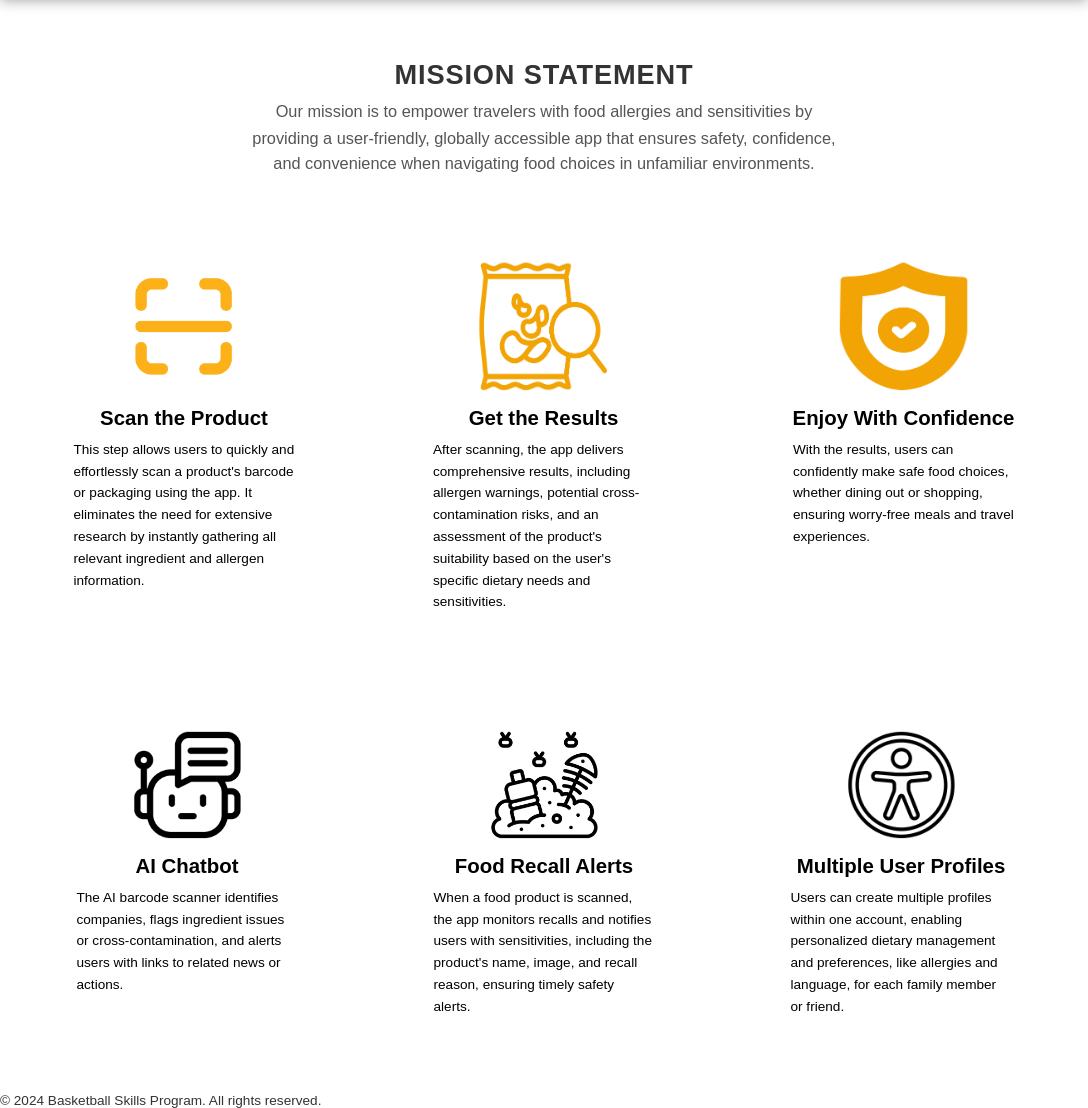
Repository: GavinPahal/landingpage
Page: /
These files come from the project's save history. The page is drawn as it stood at one moment and after the next save; the edit follows.
The browser window is 1280 px wide. The pictures show the part of the page from y = 720 to 2024 px (the page is 2024 px tall), at 85% of full size.
The project was rebuilt for these pictures with package versions that can differ from the ones it lists, and the page was loaded fresh each time. The framework's server and built-in components were replaced by stand-ins that run in the browser. Also part of the build but not shown: next.config.mjs.

Above is the page before, as saved 2024-11-28 17:58:58.

### pages/_app.js
// pages/_app.js
import "@/styles/globals.css"; // Import the global CSS file

function MyApp({ Component, pageProps }) {
  return <Component {...pageProps} />;
}

export default MyApp;

### pages/index.js
// pages/index.js
import Hero from "../components/Hero";
import Features from "../components/Features";
import Footer from "../components/Footer";
import Product from "../components/Product"

export default function Home() {
  return (
    <div>
      <Hero />
      <Features />
      <Product />
      <Footer />
    </div>
  );
}

### styles/globals.css
/* Global Styles */
* {
  margin: 0;
  padding: 0;
  box-sizing: border-box;
}

body {
  font-family: Arial, sans-serif;
  color: #333;
  overflow-x: hidden; /* Prevent horizontal overflow */
}

/* Hero Section */
.hero {
  display: flex; /* Use flexbox to align elements */
  position: relative;
  height: 100vh;
  width: 100%; /* Ensure the hero section spans the full width */
  background-color: #2d2d2d; /* Dark background to contrast with the image */
}

.imageWrapper {
  position: relative;
  width: 100%; /* Left side takes full width */
  height: 100%;
}

.imageContainer {
  position: absolute;
  top: 0;
  left: 0;
  width: 100%;
  height: 100%;
  filter: blur(8px); /* Add blur effect to the image */
  object-fit: cover;
}

.overlay {
  position: absolute;
  top: 0;
  left: 0;
  width: 100%;
  height: 100%;
  background: rgba(0, 0, 0, 0.6); /* Dark overlay to ensure text stands out */
  color: white;
  display: flex;
  flex-direction: column;
  justify-content: center;
  align-items: flex-start;
  padding: 60px 40px; /* Increased padding for more space */
  text-align: left;
}

.heroTitle {
  display: flex;
  align-items: center; /* Align logo and title horizontally */
  margin-bottom: 40px; /* Space between title and the rest of the content */
  position: relative; /* Allow positioning adjustments */
  top: -80px; /* Move the logo and title even higher */
}

.heroTitle img {
  margin-right: 20px; /* Add space between logo and title */
}

.heroTitle h1 {
  font-size: 2rem; /* Bigger font for app name */
  font-weight: bold;
  color: #ffffff; /* Bright color to stand out */
  text-transform: uppercase;
}

.tagline {
  font-size: 5rem; /* Make "BEST NATURE APP" 5rem */
  font-weight: bold;
  margin-bottom: 0; /* Remove extra space between the lines */
  color: #ffffff; /* Striking color */
  text-shadow: 3px 3px 5px rgba(0, 0, 0, 0.8); /* Enhanced text visibility */
  line-height: 1.1; /* Adjust line-height to decrease space between lines */
  letter-spacing: 1.5px;
  display: block;
  max-width: 100%; /* Ensure text doesn't overflow */
}

.bestNature {
  display: block;
  font-size: 3rem; /* Adjust to smaller font size for the first part */
}

.appEver {
  display: block;
  margin-top: 0;
  font-size: 3rem;
}

.subTagline {
  font-size: 1.2rem;
  margin-top: 20px;
  margin-bottom: 40px;
  line-height: 1.6;
  max-width: 650px;
  color: white;
  letter-spacing: 0.5px;
  text-align: left;
}

.demoText {
  display: block;
  font-size: 1.4rem;
  font-weight: bold;
}

.natureText {
  display: block;
  font-size: 1.2rem;
  margin-top: 10px;
  font-style: italic;
  letter-spacing: 0.3px;
}

/* CTA Button */
.ctaButton {
  background-color: #00C9A2;
  color: #ffffff;
  padding: 15px 40px;
  font-size: 1.4rem;
  border: none;
  border-radius: 50px;
  text-align: center;
  margin-top: 60px;
  cursor: pointer;
  transition: background-color 0.3s, transform 0.3s;
  text-decoration: none;
}

.ctaButton:hover {
  background-color: #035343;
}

.ctaButton:focus {
  outline: none;
}

.rightImageWrapper {
  position: absolute;
  left: 62%;
  bottom: 20px;
  width: 400px;
  height: auto;
  z-index: 2;
  margin-top: 100px;
}

.rightImageContainer {
  position: relative;
  width: 100%;
  height: 100%;
}

.rightImageContainer img {
  width: 100%;
  height: auto;
  border-radius: 8px;
  object-fit: cover;
}

.features {
  padding: 50px 20px;
  text-align: center;
}
.features h2 {
  font-size: 2.5rem;
  font-weight: bold;
  color: #ffffff;
  margin-bottom: 30px;
  text-transform: uppercase;
  letter-spacing: 1px;
}

.infoCards {
  display: flex;
  flex-wrap: wrap;
  justify-content: space-around;
  gap: 30px;
  margin-bottom: 40px;
}

.card {
  text-align: center;
  margin: 0 auto; /* Ensure cards are centered */
}

.card:first-child { /* Target the first feature card */
  max-width: 400px; /* Restrict width for a cleaner layout */
  margin: 20px auto; /* Center the card horizontally and add spacing */
}

.card:first-child p {
  text-align: left; /* Center-align the text for the first card */
  max-width: 280x; /* Ensure text does not overflow the card */
  margin: 0 auto;
}

.card img {
  margin-bottom: 15px;
}

.card h3 {
  font-size: 1.5rem;
  font-weight: 600;
  color: #000000;
  margin-bottom: 10px;
}

.card p {
  font-size: 1rem;
  line-height: 1.6;
  color: #000000;
  max-width: 260px;
  margin: 0 auto;
  text-align: left;
}

.text1 {
  font-size: 1rem;
  line-height: 1.6;
  color: #000000;
  max-width: 250px;
  margin: 0 auto;
  text-align: left;
}

.text2 {
  font-size: 1rem;
  line-height: 1.6;
  color: #000000;
  max-width: 250px;
  margin: 0 auto;
  text-align: left;
}

.missionStatement {
  text-align: center; /* Center the text */
  margin-bottom: 80px; /* Add some spacing below the mission statement */
  padding: 20px;
  border-radius: 8px; /* Rounded corners */
}

.missionStatement h2 {
  font-size: 2rem;
  font-weight: bold;
  color: #333;
  margin-bottom: 10px;
  font-weight: bold;
}

.missionStatement p {
  font-size: 1.2rem;
  line-height: 1.6;
  color: #555;
  max-width: 710px;
  margin: 0 auto;
}



@media (max-width: 1024px) {
  .hero {
    flex-direction: column; /* Stack elements vertically on smaller screens */
  }

  .overlay {
    padding: 40px 20px; /* Reduced padding for smaller screens */
    text-align: center; /* Center-align text on smaller screens */
  }

  .heroTitle {
    margin-bottom: 20px; /* Reduce space between the title and the tagline */
    top: 0; /* Reset top positioning for better alignment */
  }

  .tagline {
    font-size: 3rem; /* Decrease font size on smaller screens */
  }

  .bestNature, .appEver {
    font-size: 2.5rem; /* Smaller font size for better readability */
  }

  .subTagline {
    font-size: 1rem; /* Adjust subtagline font size for smaller screens */
    max-width: 100%; /* Allow full-width display */
    padding: 0 20px; /* Add padding to the sides */
  }

  .rightImageWrapper {
    left: 50%; /* Center the image on smaller screens */
    bottom: 10px;
    width: 300px; /* Reduce image size */
    margin-top: 60px;
  }
}

/* CTA Button Adjustments */
@media (max-width: 768px) {
  .ctaButton {
    padding: 12px 30px; /* Reduced padding for better proportion on small screens */
    font-size: 1.2rem; /* Smaller font size */
    width: 90%; /* Allow the button to take up more space on smaller screens */
    margin-top: 40px; /* Reduced top margin */
  }
}

/* Feature Section Adjustments */
@media (max-width: 768px) {
  .features {
    padding: 30px 20px; /* Reduce padding */
  }

  .features h2 {
    font-size: 2rem; /* Smaller font size for headings */
  }

  .infoCards {
    flex-direction: column; /* Stack cards vertically */
    align-items: center;
    gap: 20px; /* Reduced gap between cards */
  }

  .card {
    max-width: 90%; /* Ensure cards take full width on smaller screens */
    margin: 10px auto; /* Center the cards */
  }

  .card h3 {
    font-size: 1.2rem; /* Decrease font size */
  }

  .card p {
    font-size: 0.9rem; /* Smaller text for better readability */
  }
}

/* Final Adjustments */
@media (max-width: 480px) {
  .hero {
    height: auto; /* Allow the hero section to adjust to content */
  }

  .overlay {
    padding: 20px; /* Even smaller padding */
    text-align: center;
  }

  .tagline {
    font-size: 2.5rem; /* Further decrease tagline size */
  }

  .ctaButton {
    padding: 10px 20px; /* Smaller padding for mobile screens */
    font-size: 1rem; /* Reduce font size */
  }

  .features h2 {
    font-size: 1.6rem; /* Adjust feature section heading */
  }

  .card {
    max-width: 100%; /* Ensure the cards take full width */
  }

  .text1, .text2 {
    font-size: 0.9rem; /* Adjust text sizes for smaller screens */
  }
}

### components/Hero.js
import Image from "next/image";

export default function Hero() {
  return (
    <section className="hero">
      <div className="imageWrapper">
        <div className="imageContainer">
          <Image
            src="/images/grocey.jpg"
            alt="Nature Image"
            layout="fill"
            objectFit="cover"
          />
        </div>
        <div className="overlay">
          <div className="heroTitle">
            <Image
              src="/images/logo.webp"
              alt="Goldibite Logo"
              width={50}
              height={50}
            />
            <h1>Goldibite</h1>
          </div>
          <p className="tagline">
            <span className="bestNature">YOUR BUDDY FOR</span>
            <span className="appEver">FOOD SAFETY</span>
          </p>
          <p className="subTagline">
            <span className="demoText">Get a demo and try our new app.</span>
            <span className="natureText">
            The Right Bite, Every Time
            </span>
          </p>
          <a href="#demo" className="ctaButton">
            TRY DEMO
          </a>
        </div>
      </div>


      <div className="rightImageWrapper">
        <div className="rightImageContainer">
          <Image
            src="/images/phone.png"
            alt="New Image"
            layout="intrinsic"
            width={500}
            height={500}
          />
        </div>
      </div>
    </section>
  );
}

### components/Features.js
import Image from "next/image";

export default function Features() {
  return (
    <section className="features">
      {/* Mission Statement Section */}
      <div className="missionStatement">
        <h2>Mission Statement</h2>
        <p>
          Our mission is to empower travelers with food allergies and sensitivities by providing a user-friendly, globally accessible app that ensures safety, confidence, and convenience when navigating food choices in unfamiliar environments.
        </p>
      </div>

      {/* Features Cards Section */}
      <div className="infoCards">
        <div className="card" style={{ margin: "0 10px" }}>
          <Image
            src="/images/iconamoon_scanner (1).jpg"
            alt="Feature 1"
            width={150}
            height={150}
          />
          <h3>Scan the Product</h3>
          <p>
            This step allows users to quickly and effortlessly scan a product's barcode or packaging using the app.
            It eliminates the need for extensive research by instantly gathering all relevant ingredient and allergen information.
          </p>
        </div>
        <div className="card" style={{ margin: "0 10px" }}>
          <Image
            src="/images/magnifying.jpg"
            alt="Feature 2"
            width={150}
            height={150}
          />
          <h3>Get the Results</h3>
          <p>
            After scanning, the app delivers comprehensive results, including allergen warnings, potential cross-contamination risks,
            and an assessment of the product's suitability based on the user's specific dietary needs and sensitivities.
          </p>
        </div>
        <div className="card" style={{ margin: "0 10px" }}>
          <Image
            src="/images/Confident.jpg"
            alt="Feature 3"
            width={150}
            height={150}
          />
          <h3>Enjoy With Confidence</h3>
          <p>
            With the results, users can confidently make safe food choices, whether dining out or shopping,
            ensuring worry-free meals and travel experiences.
          </p>
        </div>
      </div>
    </section>
  );
}

### components/Footer.js
export default function Footer() {
    return (
      <footer className="footer">
        <p>&copy; 2024 Basketball Skills Program. All rights reserved.</p>
      </footer>
    );
  }

### components/Product.js
import Image from "next/image";

export default function Features() {
  return (
    <section className="features">
      <div className="infoCards" style={{ gap: "20px" }}>
        <div className="card" style={{ margin: "0 10px" }}>
          <Image
            src="/images/chatbot.jpg"
            alt="Feature 1"
            width={125}
            height={125}
          />
          <h3>AI Chatbot</h3>
          <p>
            The AI barcode scanner identifies companies, flags ingredient
            issues or cross-contamination, and alerts users with links to
            related news or actions.
          </p>
        </div>
        <div className="card" style={{ margin: "0 10px" }}>
          <Image
            src="/images/trash.jpg"
            alt="Feature 2"
            width={125}
            height={125}
          />
          <h3>Food Recall Alerts</h3>
          <p>
            When a food product is scanned, the app monitors recalls and
            notifies users with sensitivities, including the product's name,
            image, and recall reason, ensuring timely safety alerts.
          </p>
        </div>
        <div className="card" style={{ margin: "0 10px" }}>
          <Image
            src="/images/accessibility.png"
            alt="Feature 3"
            width={125}
            height={125}
          />
          <h3>Multiple User Profiles</h3>
          <p>
            Users can create multiple profiles within one account, enabling
            personalized dietary management and preferences,
            like allergies and  language, for each family member or friend.
          </p>
        </div>
      </div>
    </section>
  );
}

Loaded but not shown: pages/_document.js (common file)

After the next save:
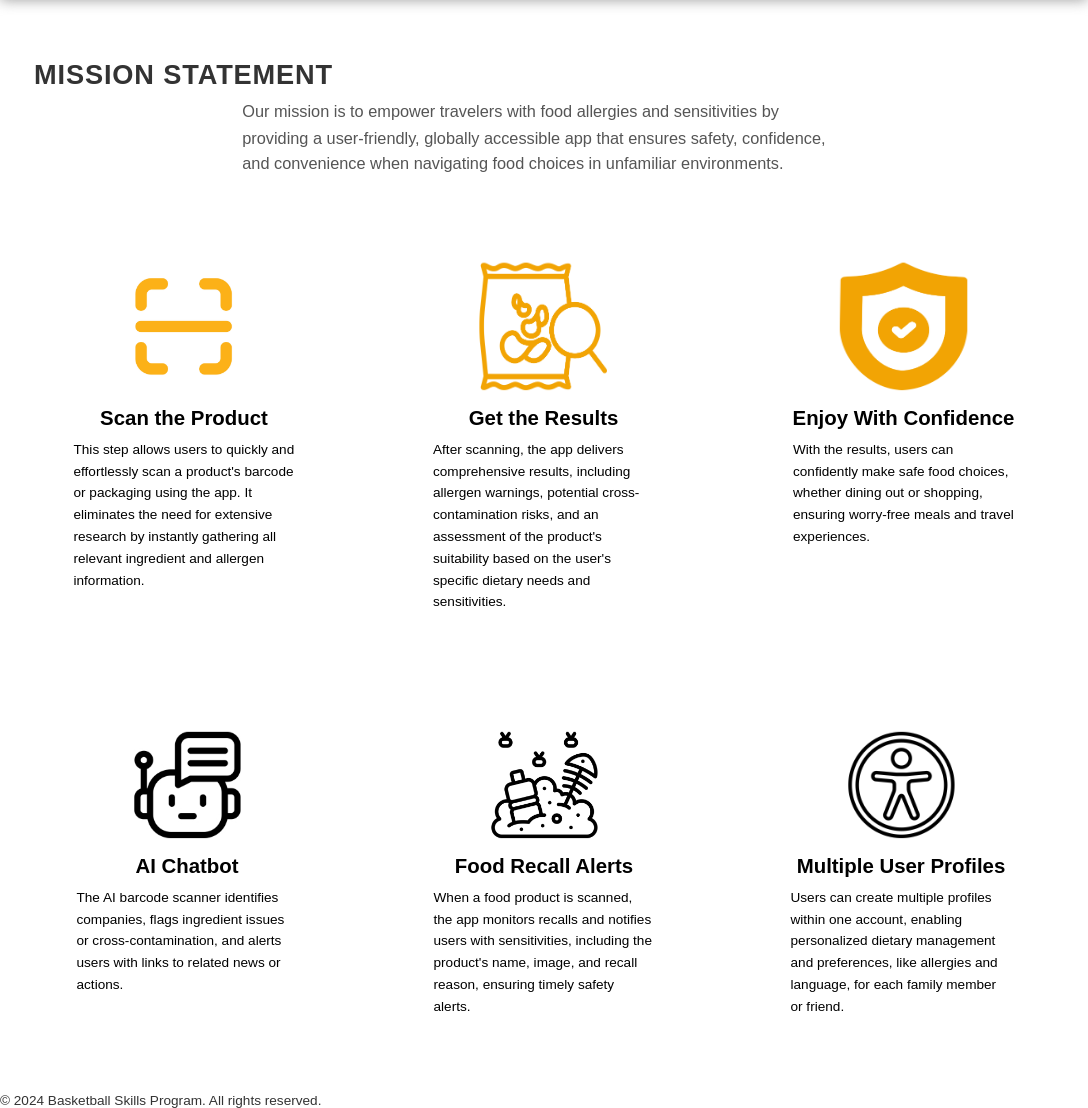
Saved 25 s later.
--- a/styles/globals.css
+++ b/styles/globals.css
@@ -241,7 +241,7 @@
 }
 
 .missionStatement {
-  text-align: center; /* Center the text */
+  text-align: left; /* Center the text */
   margin-bottom: 80px; /* Add some spacing below the mission statement */
   padding: 20px;
   border-radius: 8px; /* Rounded corners */

After the save that followed:
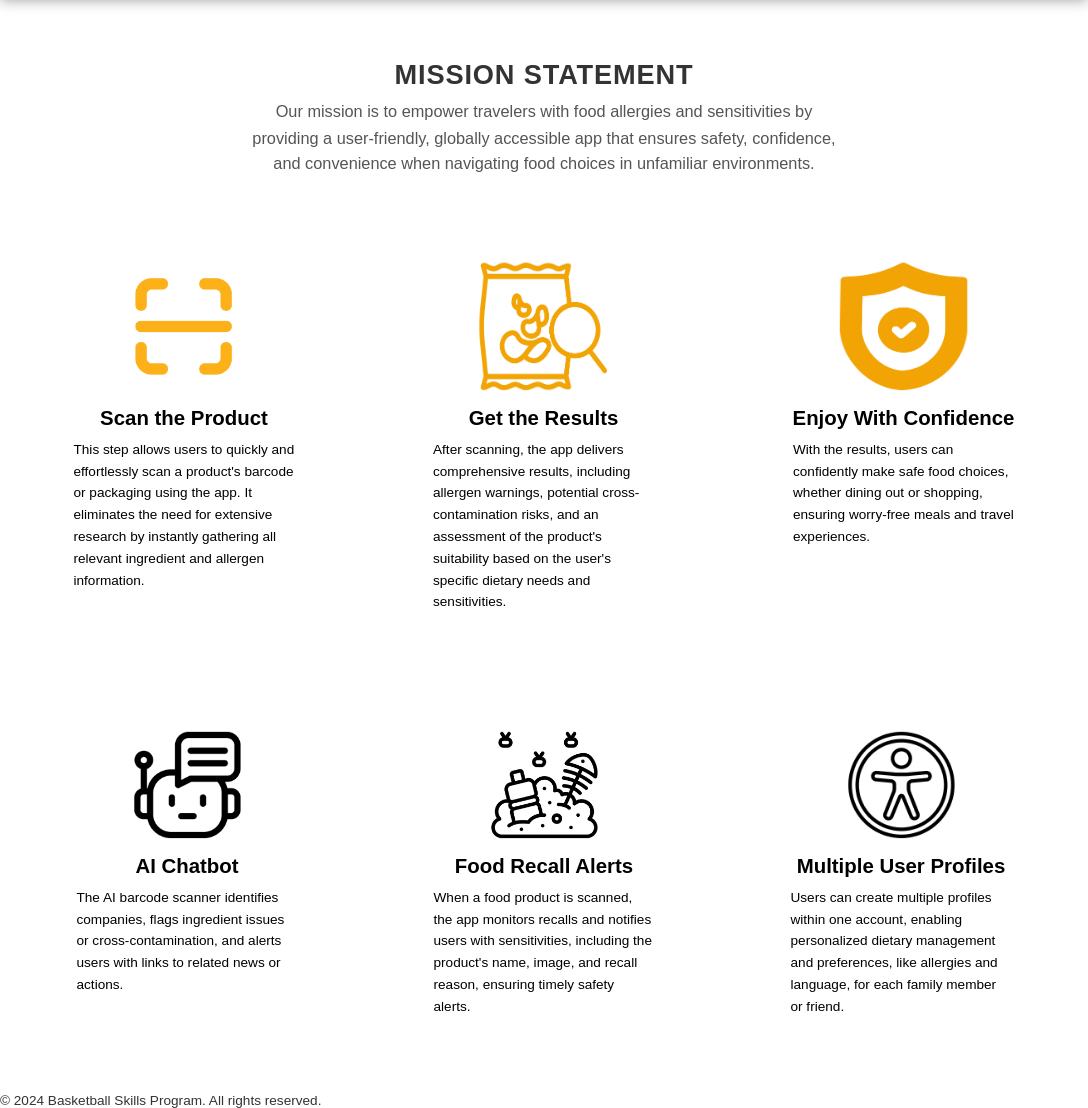
Saved 5 s later.
--- a/styles/globals.css
+++ b/styles/globals.css
@@ -241,7 +241,7 @@
 }
 
 .missionStatement {
-  text-align: left; /* Center the text */
+  text-align: center; /* Center the text */
   margin-bottom: 80px; /* Add some spacing below the mission statement */
   padding: 20px;
   border-radius: 8px; /* Rounded corners */
